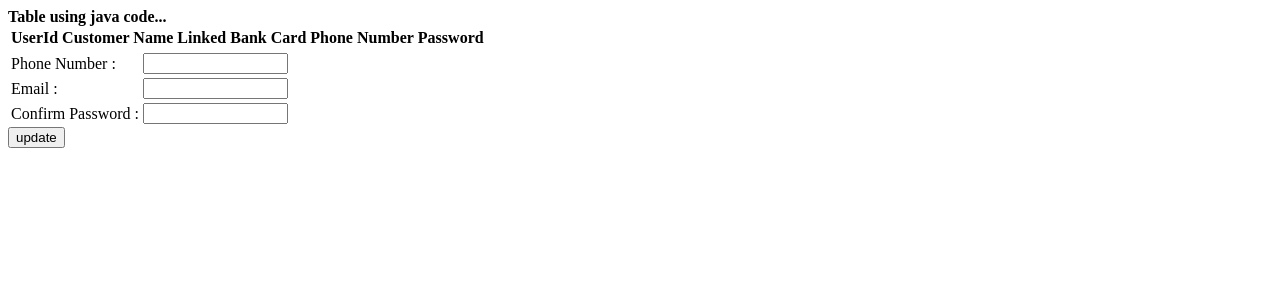
Repository: kingron98/SoftEng-Bank-Web-Application-
Page: http://localhost/SE3_BankWebApp/display.jsp
The author's editor kept a copy of each file at every save. The page is drawn from the files as they stood at one save, then again after the next save.
The browser window is 1280 px wide. The pictures show the whole page.
The page is served by Tomcat 9.

Above is the page before, as saved 2020-12-11 22:18:11.

After the next save:
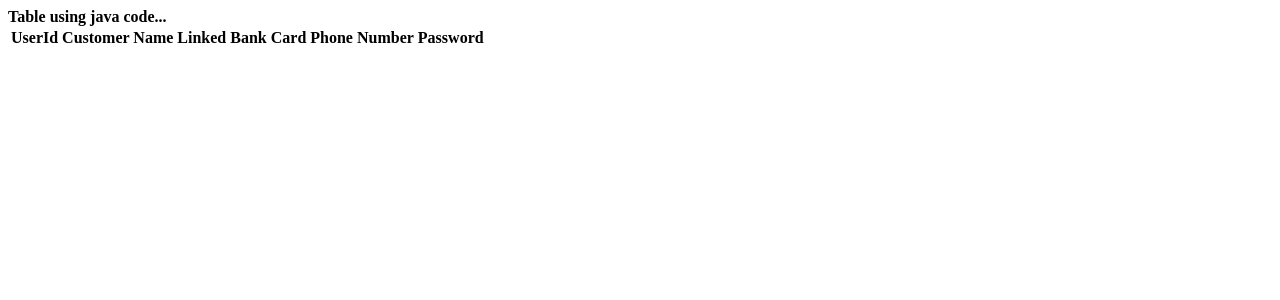
Saved 83 s later.
--- a/SE3 Bank App/Java/Workspace/SE3_BankWebApp/WebContent/display.jsp
+++ b/SE3 Bank App/Java/Workspace/SE3_BankWebApp/WebContent/display.jsp
@@ -43,23 +43,6 @@ if (customers != null){
 
 </table>
 
-<form action="FrontController" method="post">
-                <table>
-                    <tr>
-                        <td> Phone Number  : </td><td> <input name="phoneNumber" size=15 type="text" /> </td>
-                    </tr>
-                    <tr>
-                        <td> Email  : </td><td> <input name="email" size=15 type="text" /> </td>
-                    </tr>
-                    <tr>
-                        <td> Confirm Password  : </td><td> <input name="password" size=15 type="password" /> </td>
-                    </tr>
-                </table>
-
-                <input type="hidden" name="action" value="UpdateProfile" />
-                <input type="submit" value="update" />
-    </form>
-
 
 </body>
 </html>
